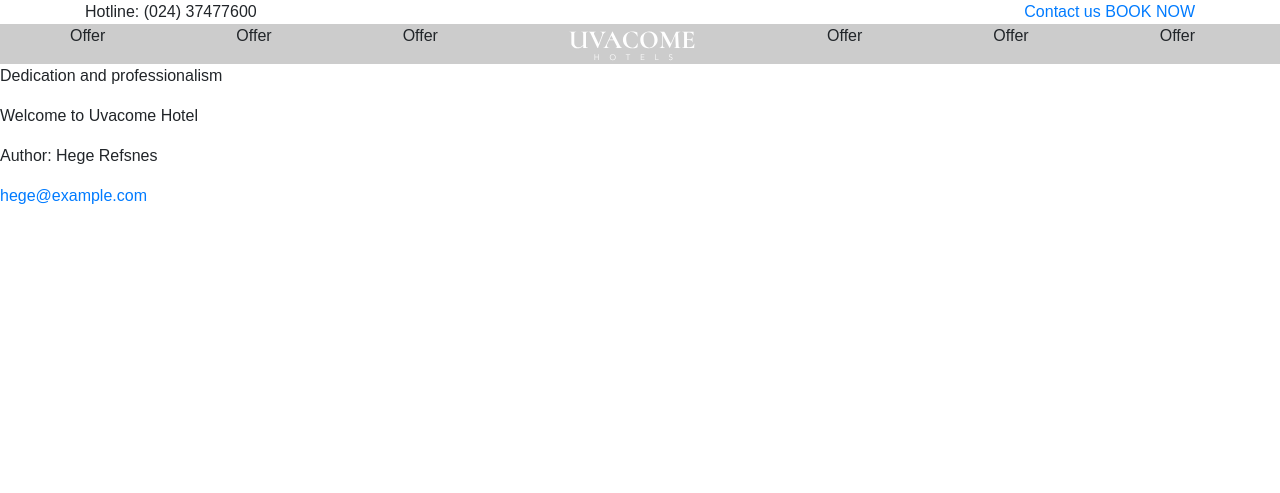
Repository: heishung/project-booking
Page: index.html
These files come from the project's save history. The page is drawn as it stood at one moment and after the next save; the edit follows.
The browser window is 1280 px wide. The pictures show the whole page.
Some web fonts or font styles are not loaded; a fallback is used. The style sheet was rebuilt from its Sass, Less or Tailwind sources for each picture, by a compiler version that may differ from the author's.

Above is the page before, as saved 2020-11-19 23:39:51.
Console error (its wording comes from the project's code and is left out).

### index.html
<!DOCTYPE html>
<html lang="en">
<head>
    <meta charset="UTF-8">
    <meta name="viewport" content="width=device-width, initial-scale=1.0">
    <title>Document</title>
    <link rel="stylesheet" href="./css/bootstrap.min.css">
    <link rel="stylesheet" href="./css/style.css">
    <script src="./js/bootstrap.bundle.min.js"></script>

</head>
<body>
    <div class="wrapper"></div>
    <header>
        <div class="container d-flex justify-content-between">
            <span>Hotline: (024) 37477600</span>
            <div><a href="#">Contact us</a>
                <a href="#">BOOK NOW</a></div>
        </div>
        <div class="banner">
            <div class="menu color-pink1">
                <ul class="nav container d-flex justify-content-between">
                    <li class="item"><a href="#"> </a>Offer</li>
                    <li class="item"><a href="#"> </a>Offer</li>
                    <li class="item"><a href="#"> </a>Offer</li>
                    <li class="item"><a href="#"> </a> <img src="./image/logo.svg" alt="logo"></li>
                    <li class="item"><a href="#"> </a>Offer</li>
                    <li class="item"><a href="#"> </a>Offer</li>
                    <li class="item"><a href="#"> </a>Offer</li>
                </ul>
            </div>
            <div class="banner-text-content">
                <p>Dedication and professionalism</p>
                <p>Welcome to Uvacome Hotel</p>
            </div>
        </div>
    </header>

    <footer>
        <p>Author: Hege Refsnes</p>
        <p><a href="mailto:hege@example.com">hege@example.com</a></p>
    </footer>
    <script src="./js/jquery-3.5.1.slim.min.js"></script>
    <script src="./js/popper.min.js"></script>
    <script src="./js/bootstrap.min.js"></script>
</body>
</html>

### css/style.scss

@font-face {
    font-family: 'AvenirNextLTPro-Bold';
    src: url('AvenirNextLTPro-Bold.woff2') format('woff2'),
}

@font-face {
    font-family: 'AvenirNextLTPro-Demi';
    src: url('AvenirNextLTPro-Demi.woff2') format('woff2'),
}

@font-face {
    font-family: 'AvenirNextLTPro-Heavy';
    src: url('AvenirNextLTPro-Heavy.woff2') format('woff2'),
}

@font-face {
    font-family: 'AvenirNextLTPro-Medium';
    src: url('AvenirNextLTPro-Medium.woff2') format('woff2'),
}

@font-face {
    font-family: 'AvenirNextLTPro-Regular';
    src: url('AAvenirNextLTPro-Regular.woff2') format('woff2'),
}

@font-face {
    font-family: 'AvenirNextLTPro-UltLt';
    src: url('AvenirNextLTPro-UltLt.woff2') format('woff2'),
}

body {
    font-family: 'AvenirNextLTPro-Regular',
        Fallback,
        sans-serif;
}

/* varible*/
$color-1: #CCCCCC;
$color-2: #13135E;
$color-3:#B4C3D4;
$color-4: #333333;
$color-5:#FFF6EB;
$color-6:#999999;
$color-7:#9A8C60;
$primary-color: #333;

.color-pink1 {
    background-color: $color-1;
}

;

Loaded but not shown: css/bootstrap.min.css (library); js/bootstrap.bundle.min.js (library); js/jquery-3.5.1.slim.min.js (library); js/popper.min.js (library); js/bootstrap.min.js (library)

After the next save:
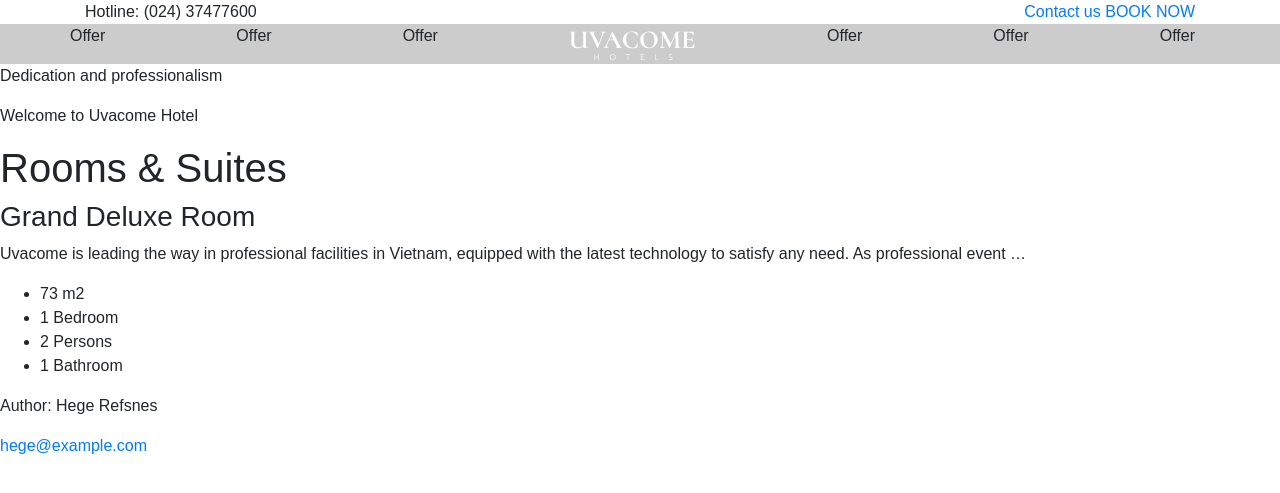
Saved 4 min 19 s later.
--- a/index.html
+++ b/index.html
@@ -35,7 +35,23 @@
             </div>
         </div>
     </header>
-
+    <section>
+        <h1>Rooms & Suites</h1>
+        <div>
+            <div class="cover"></div>
+            <div class="content">
+                <h3>Grand Deluxe Room</h3>
+                <p>Uvacome is leading the way in professional facilities in Vietnam, equipped with the latest technology to satisfy any
+                need. As professional event …</p>
+                <ul>
+                    <li>73 m2</li>
+                    <li>1 Bedroom</li>
+                    <li>2 Persons</li>
+                    <li>1 Bathroom</li>
+                </ul>
+            </div>
+        </div>
+    </section>
     <footer>
         <p>Author: Hege Refsnes</p>
         <p><a href="mailto:hege@example.com">hege@example.com</a></p>
